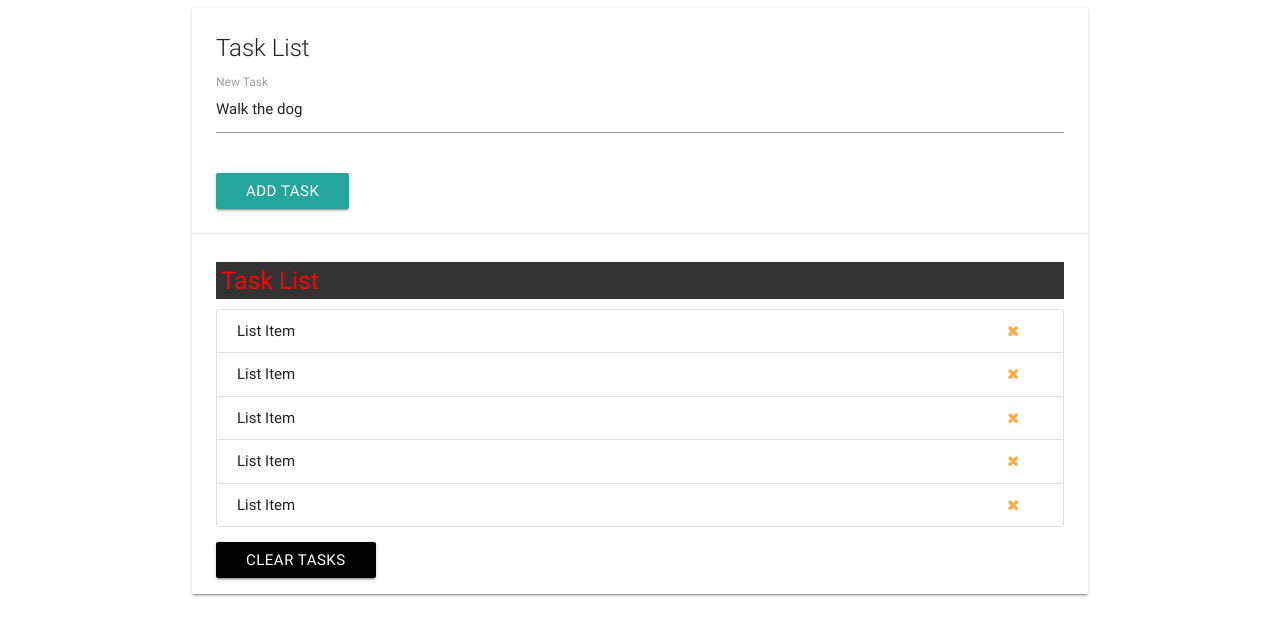
Repository: brianokanga/modern-javascript
Page: Section 3/index.html
An editor plug-in stored every save of this project. The page is shown before and after the next save, followed by the edit.
The browser window is 1280 px wide. The pictures show the whole page.
Some web libraries are served in a nearby version.

Above is the page before, as saved 2020-04-03 02:10:08.

After the next save:
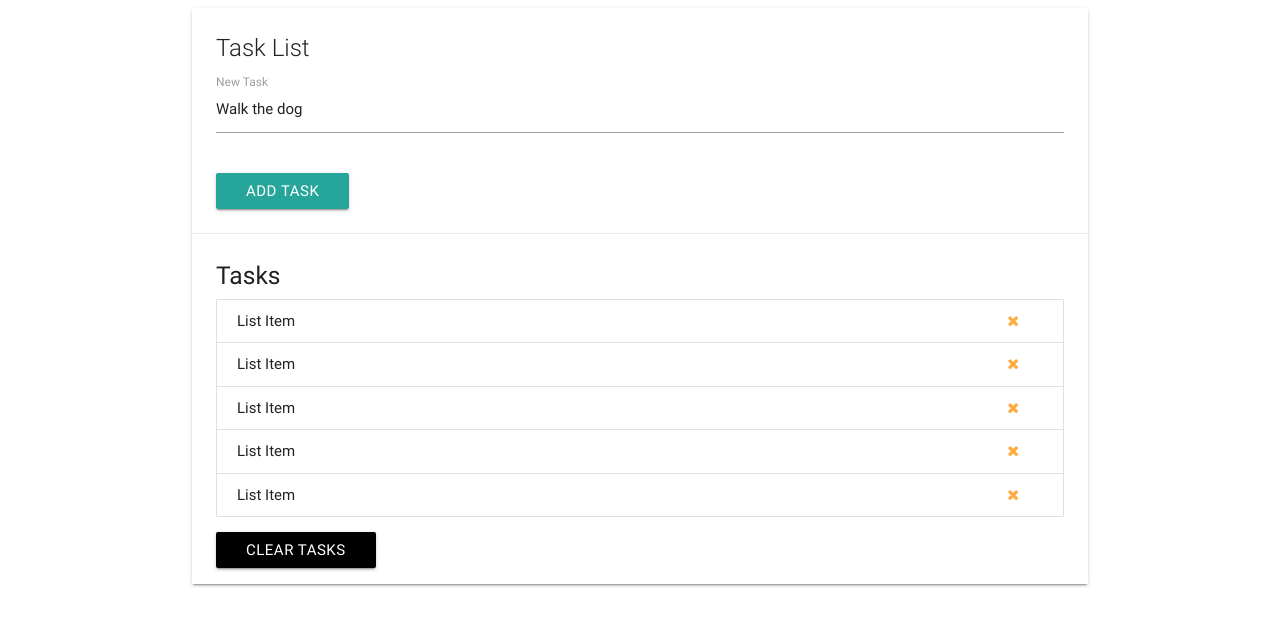
Console error: ReferenceError: taskTitle is not defined
Saved 5 min 25 s later.
--- a/Section 3/app.js
+++ b/Section 3/app.js
@@ -40,13 +40,14 @@
 
 // console.log(val);
 
+//JS SELECTORS
 
-//getElementById
-console.log(document.getElementById('task-title'));
-console.log(document.getElementById('task-title').id);
-console.log(document.getElementById('task-title').className);
+//1. getElementById
+//console.log(document.getElementById('task-title'));
+// console.log(document.getElementById('task-title').id);
+// console.log(document.getElementById('task-title').className);
 
-const taskTitle = document.getElementById('task-title');
+//const taskTitle = document.getElementById('task-title');
 
 //change styling
 taskTitle.style.background = '#333';
@@ -57,3 +58,6 @@
 taskTitle.textContent = 'Task lists';
 taskTitle.innerText = 'My Tasks';
 taskTitle.innerHTML = '<span style="color: red">Task List</span>';
+
+//2. Document.querySelector()
+console.document.querySelector('#task-title');

After the 3 saves that followed:
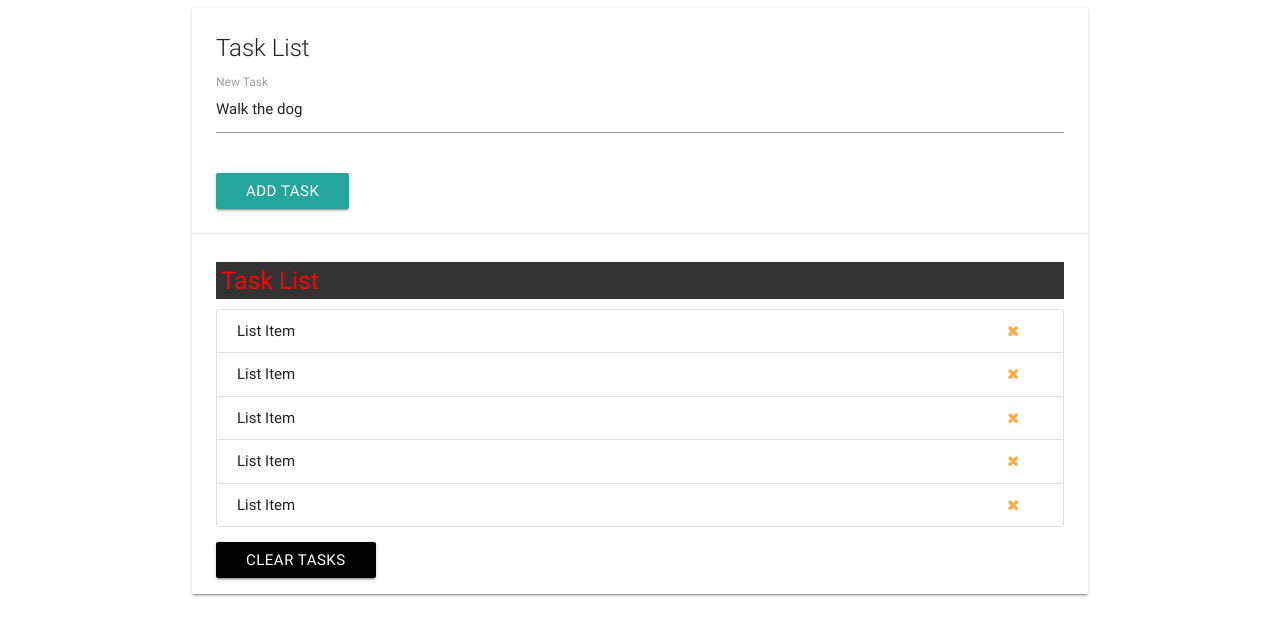
Console error: TypeError: Cannot read properties of undefined (reading 'querySelector')
The 3 saves are shown as one change because 2 left the picture as it was.
The last was saved 2 min 15 s later.
--- a/Section 3/app.js
+++ b/Section 3/app.js
@@ -47,7 +47,7 @@
 // console.log(document.getElementById('task-title').id);
 // console.log(document.getElementById('task-title').className);
 
-//const taskTitle = document.getElementById('task-title');
+const taskTitle = document.getElementById('task-title');
 
 //change styling
 taskTitle.style.background = '#333';
@@ -61,3 +61,6 @@
 
 //2. Document.querySelector()
 console.document.querySelector('#task-title');
+console.document.querySelector('.card-title');
+
+document.querySelector('li').style.color = 'red';
